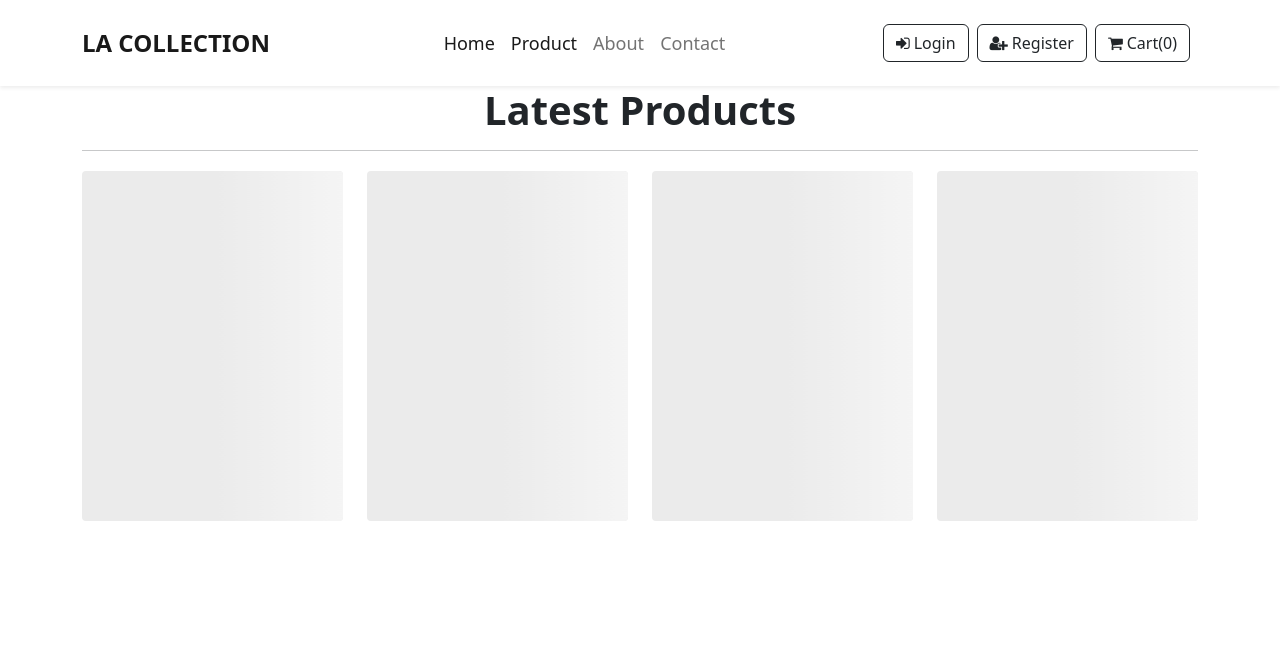
Repository: tiendungjr123/Ecommerce
Page: /products
The author's editor kept a copy of each file at every save. The page is drawn from the files as they stood at one save, then again after the next save.
The browser window is 1280 px wide. The pictures show the whole page.
The page's requests for data from a server got no answer. The project was rebuilt for these pictures with package versions that can differ from the ones it lists, and the page was loaded fresh each time. No one was signed in, and anything a server would have sent is missing. Also part of the build but not shown: src/components/Home.jsx, src/redux/action/index.js, src/components/ProductDetail.jsx, src/components/About.jsx, src/components/Contact.jsx, src/components/Cart.jsx, src/components/Checkout.jsx.

Above is the page before, as saved 2022-10-04 21:18:18.

### src/index.js
import React from 'react';
import ReactDOM from 'react-dom/client';
import './index.css';
import App from './App';
import '../node_modules/bootstrap/dist/css/bootstrap.min.css';
import '../node_modules/bootstrap/dist/js/bootstrap.min.js';
import '../node_modules/font-awesome/css/font-awesome.min.css';
import 'react-loading-skeleton/dist/skeleton.css'
import 'react-notifications/lib/notifications.css';
import { BrowserRouter } from 'react-router-dom';
import store from './redux/store';
import { Provider } from 'react-redux';
const root = ReactDOM.createRoot(document.getElementById('root'));
root.render(
   <BrowserRouter>
      <Provider store={store}>
         <App />
      </Provider>
   </BrowserRouter>
);

### src/index.css
body {
   margin: 0;
   font-family: -apple-system, BlinkMacSystemFont, "Segoe UI", "Roboto", "Oxygen", "Ubuntu", "Cantarell", "Fira Sans",
      "Droid Sans", "Helvetica Neue", sans-serif;
   -webkit-font-smoothing: antialiased;
   -moz-osx-font-smoothing: grayscale;
}

code {
   font-family: source-code-pro, Menlo, Monaco, Consolas, "Courier New", monospace;
}

### src/App.js
import './App.css';
import Home from './components/Home';
import Navbar from './components/Navbar';
import {Route,  Routes} from 'react-router-dom';
import Products from './components/Products';
import ProductDetail from './components/ProductDetail';
import About from './components/About';
import Contact from './components/Contact';
import Cart from './components/Cart';
import Checkout from './components/Checkout';
function App() {
   return (
      <>
         <Navbar/>
         <Routes>
            <Route exact path='/' element={<Home/>}/>
            <Route exact path='/products' element={<Products/>}/>
            <Route exact path='/products/:id' element={<ProductDetail/>}/>
            <Route exact path='/about' element={<About/>}/>
            <Route exact path='/contact' element={<Contact/>}/>
            <Route exact path='/cart' element={<Cart/>}/>
            <Route exact path='/checkout' element={<Checkout/>}/>
         </Routes>
      </>
   );
}

export default App;

### src/redux/store.js
import { createStore } from "redux";
import rootReducers from "./reducer";
const store = createStore(rootReducers);

export default store;

### src/App.css
/* Navbar css */

.navbar-nav a{
   font-size: 18px;
}

/* Card css*/

.card{
   transition: all 0.5s ease;
}

.card:hover{
   transform: scale(1);
   box-shadow: 5px 5px 10px rgba(0, 0, 0, 0.5);
}

/* Product detail */
.img-detail{
   transition: all 0.5s ease;
}
.img-detail:hover{
   transform: scale(1.1);
   box-shadow: 5px 5px 10px rgba(0, 0, 0, 0.5);
}

### src/components/Navbar.jsx
import React, { useState } from 'react';
import { NavLink } from 'react-router-dom';
import { useSelector } from 'react-redux';
import Login from './Login';
import Register from './Register';
const Navbar = () => {
   const state = useSelector((state) => state.handleCart);
   return (
      <div>
         <nav className="navbar navbar-expand-lg bg-white py-3 shadow-sm">
            <div className="container">
               <NavLink className="navbar-brand fw-bold fs-4" to="/">LA COLLECTION</NavLink>
               <button className="navbar-toggler" type="button" data-bs-toggle="collapse" data-bs-target="#navbarSupportedContent" aria-controls="navbarSupportedContent" aria-expanded="false" aria-label="Toggle navigation">
                  <span className="navbar-toggler-icon"></span>
               </button>
               <div className="collapse navbar-collapse" id="navbarSupportedContent">
                  <ul className="navbar-nav mx-auto mb-2 mb-lg-0">
                     <li className="nav-item">
                        <NavLink className="nav-link active" aria-current="page" to="/">Home</NavLink>
                     </li>
                     <li className="nav-item">
                        <NavLink className="nav-link" to="/products">Product</NavLink>
                     </li>
                     <li className="nav-item">
                        <NavLink className="nav-link" to="/about">About</NavLink>
                     </li>
                     <li className="nav-item">
                        <NavLink className="nav-link" to="/contact">Contact</NavLink>
                     </li>
                  </ul>
               </div>
               <Login />
               <Register/>
               <NavLink to="/cart" className='btn btn-outline-dark m-2'>
                  <i className='fa fa-shopping-cart me-1'></i>Cart({state.length})
               </NavLink>
            </div>
         </nav>
      </div>
   );
}

export default Navbar;

### src/components/Products.jsx
import React, { useState, useEffect } from 'react'
import Skeleton from 'react-loading-skeleton';
import { NavLink } from 'react-router-dom';
const Products = () => {

   const [data, setData] = useState([]);
   const [filter, setFilter] = useState(data);
   const [loading, setLoading] = useState(false);

   let componentMounted = true;

   useEffect(() => {
      const getProducts = async () => {
         setLoading(true);
         const response = await fetch("https://fakestoreapi.com/products");
         if (componentMounted) {
            setData(await response.clone().json());
            setFilter(await response.json());
            setLoading(false);
         }
         return () => {
            componentMounted = false;
         }
      }
      getProducts();
   }, []);

   const Loading = () => {
      return (
         <>
            <div className="col-md-3">
               <Skeleton height={350} />
            </div>
            <div className="col-md-3">
               <Skeleton height={350} />
            </div>
            <div className="col-md-3">
               <Skeleton height={350} />
            </div>
            <div className="col-md-3">
               <Skeleton height={350} />
            </div>
         </>
      )
   }
   const filterProduct = (cat) => {
      const updateList = data.filter((item) => item.category === cat);
      setFilter(updateList);
   }
   const ShowProducts = () => {
      return (
         <>
            <div className="buttons d-flex justify-content-center mb-5 pd-5">
               <button className='btn btn-outline-dark me-2' onClick={() => setFilter(data)}>ALL</button>
               <button className='btn btn-outline-dark me-2' onClick={() => filterProduct("men's clothing")}>Men's Clothing</button>
               <button className='btn btn-outline-dark me-2' onClick={() => filterProduct("women's clothing")}>Women's Clothing</button>
               <button className='btn btn-outline-dark me-2' onClick={() => filterProduct("jewelery")}>Jewelery</button>
               <button className='btn btn-outline-dark me-2' onClick={() => filterProduct("electronics")}>Electronic</button>
            </div>
            {filter.map((product) => {
               return (
                  <>
                     <div className="col-lg-3 col-md-4 col-sm-6 col-xs-12 mb-4">
                        <div className="card h-100 text-center p-4" key={product.id} >
                           <img src={product.image}
                              className="card-img-top"
                              alt={product.tittle}
                              height="250px"
                           />
                           <div className="card-body">
                              <h5 className="card-title mb-0">{product.title.substring(0, 12)}...</h5>
                              <p className="card-text lead fw-bold">${product.price}</p>
                              <NavLink to={`/products/${product.id}`} className="btn btn-outline-dark">Buy Now</NavLink>
                           </div>
                        </div>
                     </div>
                  </>
               )
            })}
         </>
      )
   }
   return (
      <div>
         <div className="container  mb-5">
            <div className="row">
               <div className="col-12">
                  <h1 className='display-6 fw-bolder text-center'>Latest Products</h1>
                  <hr />
               </div>
            </div>
            <div className="row justify-content-center">
               {loading ? <Loading /> : <ShowProducts />}
            </div>
         </div>
      </div>
   )
}

export default Products

### src/redux/reducer/index.js
import handleCart from "./handleCart";
import { combineReducers } from "redux";

const rootReducers =  combineReducers({
   handleCart,
})

export default rootReducers;

### src/components/Login.jsx
import React from 'react';

const Login = () => {
   return (
      <>
         <button type="button" className="btn btn-outline-dark ms-auto" data-bs-toggle="modal" data-bs-target="#loginModal">
            <i className='fa fa-sign-in me-1' />Login
         </button>
         <div className="modal fade" id="loginModal" tabIndex="-1" aria-labelledby="loginModalLabel" aria-hidden="true">
            <div className="modal-dialog">
               <div className="modal-content">
                  <div className="modal-header">
                     <h1 className="modal-title fs-5 fw-bold" id="loginModalLabel">Login</h1>
                     <button type="button" className="btn-close" data-bs-dismiss="modal" aria-label="Close"></button>
                  </div>
                  <div className="modal-body">
                     <button className='btn btn-dark w-100 mb-2'>
                        <i className='fa fa-google me-2'></i>Sign in With Google
                     </button>
                     <button className='btn btn-dark w-100 mb-2'>
                        <i className='fa fa-facebook me-2'></i>Sign in With Facebook
                     </button>
                     <form>
                        <div class="mb-3">
                           <label htmlFor="exampleInputEmail1" class="form-label">Email address</label>
                           <input type="email" class="form-control" id="exampleInputEmail1" aria-describedby="emailHelp"/>
                              <div id="emailHelp" class="form-text">We'll never share your email with anyone else.</div>
                        </div>
                        <div class="mb-3">
                           <label htmlFor="exampleInputPassword1" class="form-label">Password</label>
                           <input type="password" class="form-control" id="exampleInputPassword1"/>
                        </div>
                        <div class="mb-3 form-check">
                           <input type="checkbox" class="form-check-input" id="exampleCheck1"/>
                              <label class="form-check-label" htmlFor="exampleCheck1">Check me out</label>
                        </div>
                        <button type="submit" class="btn btn-outline-dark w-100">Submit</button>
                     </form>
                  </div>
               </div>
            </div>
         </div>
      </>
   );
}

export default Login;

### src/components/Register.jsx
import React from 'react';

const Register = () => {
   return (
      <>
         <button type="button" class="btn btn-outline-dark ms-2" data-bs-toggle="modal" data-bs-target="#registerModal">
            <i className='fa fa-user-plus me-1'></i>Register
         </button>
         <div className="modal fade" id="registerModal" tabIndex="-1" aria-labelledby="registerModalLabel" aria-hidden="true">
            <div className="modal-dialog">
               <div className="modal-content">
                  <div className="modal-header">
                     <h1 className="modal-title fs-5 fw-bold" id="registerModalLabel">Register</h1>
                     <button type="button" className="btn-close" data-bs-dismiss="modal" aria-label="Close"></button>
                  </div>
                  <div className="modal-body">
                     <button className='btn btn-dark w-100 mb-2'>
                        <i className='fa fa-google me-2'></i>Sign up With Google
                     </button>
                     <button className='btn btn-dark w-100 mb-2'>
                        <i className='fa fa-facebook me-2'></i>Sign up With Facebook
                     </button>
                     <form>
                        <div class="mb-3">
                           <label htmlFor="exampleInput" class="form-label">User Name</label>
                           <input type="text" class="form-control" id="exampleInput" aria-describedby="emailHelp" />
                        </div>
                        <div class="mb-3">
                           <label htmlFor="exampleInputEmail1" class="form-label">Email address</label>
                           <input type="email" class="form-control" id="exampleInputEmail1" aria-describedby="emailHelp" />
                           <div id="emailHelp" class="form-text">We'll never share your email with anyone else.</div>
                        </div>
                        <div class="mb-3">
                           <label htmlFor="exampleInputPassword1" class="form-label">Password</label>
                           <input type="password" class="form-control" id="exampleInputPassword1" />
                        </div>
                        <button type="submit" class="btn btn-outline-dark w-100">Submit</button>
                     </form>
                  </div>
               </div>
            </div>
         </div>
      </>
   );
}

export default Register;

### src/redux/reducer/handleCart.js
const cart = [];

const handleCart = (state = cart, action) => {
   const product = action.payload;
   switch (action.type) {
      case 'cart/addProduct':
         const exist = state.find((x) => x.id === product.id);
         if (exist) {
            return state.map((x) => x.id === product.id ? { ...x, qty: x.qty + 1 } : x)
         }else{
            const product = action.payload;
            return [
               ...state,
               {
                  ...product,
                  qty: 1,
               }
            ]
         }
         break;
      case 'cart/deleteProduct':
         const exist1 = state.find((x) => x.id === product.id);
         if(exist1.qty === 1){
            return state.filter((x) => x.id !== exist1.id)
         }
         else{
            return state.map((x) =>
               x.id === product.id ? {...x, qty: x.qty-1}:x
            );
         }
         break;
      default:
         return state;
   }
}

export default handleCart;

Loaded but not shown: public/index.html (common file)

After the next save:
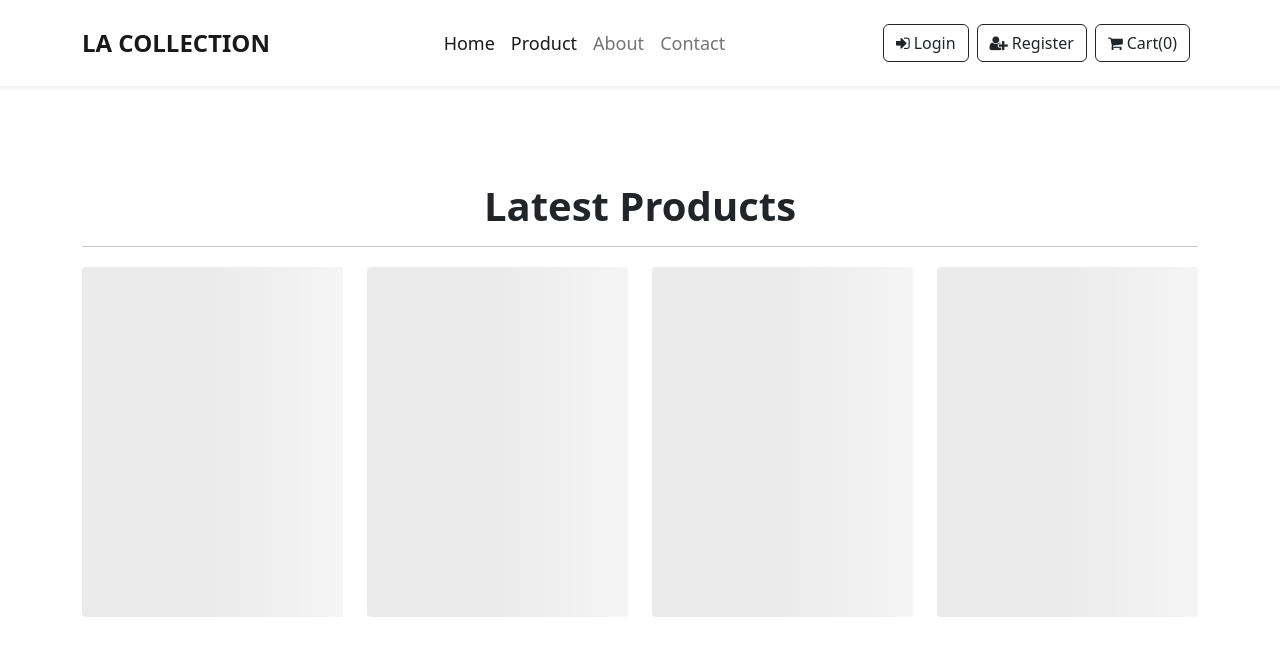
Saved 12 s later.
--- a/src/components/Products.jsx
+++ b/src/components/Products.jsx
@@ -82,7 +82,7 @@ const Products = () => {
    }
    return (
       <div>
-         <div className="container  mb-5">
+         <div className="container my-5 py-5">
             <div className="row">
                <div className="col-12">
                   <h1 className='display-6 fw-bolder text-center'>Latest Products</h1>
